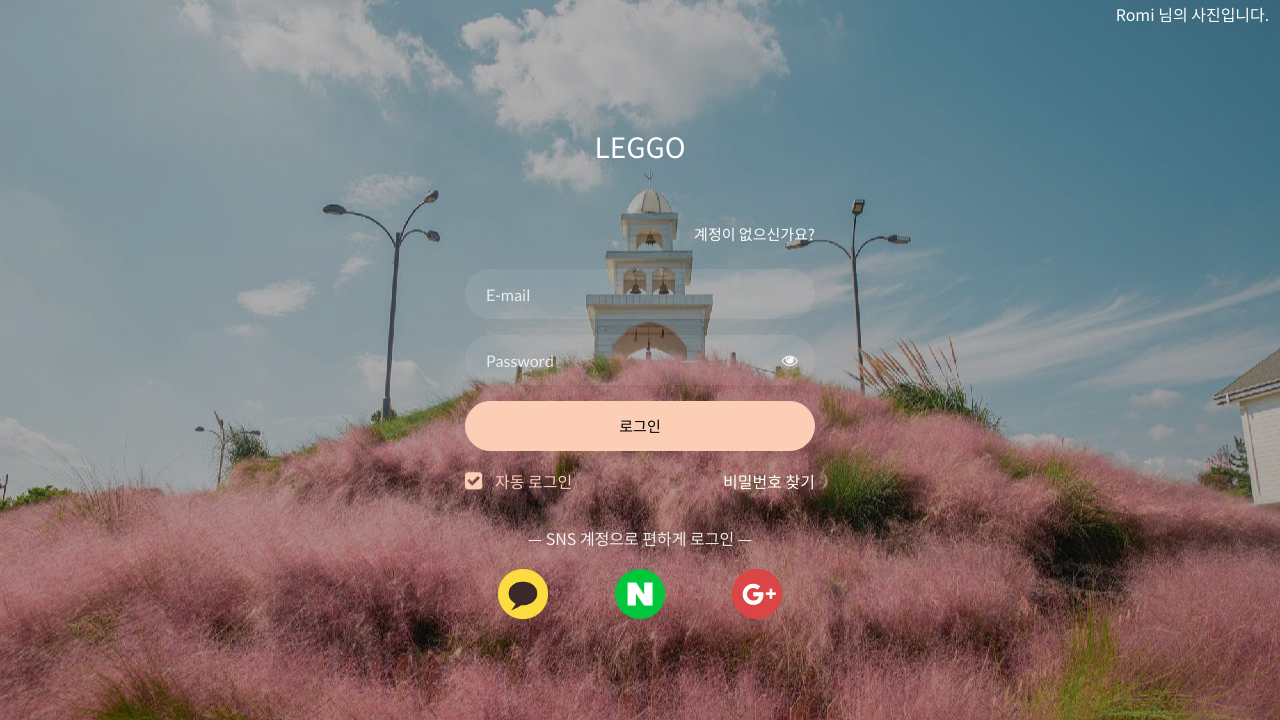
Repository: jangseohyun/LEGGO_2021
Page: http://localhost/PrjApp/Login.jsp
An editor plug-in stored every save of this project. The page is shown before and after the next save, followed by the edit.
The browser window is 1280 px wide. The pictures show the whole page.
The page is served by Tomcat 9. Other server files are loaded and not shown.

Above is the page before, as saved 2021-06-23 11:33:44.

### PrjApp/WebContent/Login.jsp
<%@ page contentType="text/html; charset=UTF-8"%>
<%@ taglib prefix="c" uri="http://java.sun.com/jsp/jstl/core"%>
<%
	request.setCharacterEncoding("UTF-8");
	String cp = request.getContextPath();
%>
<!doctype html>
<html lang="en">
<head>
<title>Login</title>
<meta charset="utf-8">
<meta name="viewport"
	content="width=device-width, initial-scale=1, shrink-to-fit=no">
<link rel="preconnect" href="https://fonts.gstatic.com">
<link rel="preconnect" href="https://fonts.gstatic.com">
<link
	href="https://fonts.googleapis.com/css2?family=Noto+Sans+KR:wght@300;400&display=swap"
	rel="stylesheet">
<link
	href="https://fonts.googleapis.com/css?family=Lato:300,400,700&display=swap"
	rel="stylesheet">

<link rel="stylesheet"
	href="https://stackpath.bootstrapcdn.com/font-awesome/4.7.0/css/font-awesome.min.css">

<link rel="stylesheet" href="css/style.css">
<script src="https://developers.kakao.com/sdk/js/kakao.min.js">
	Kakao.init("a76949096713e82c75fa45bdb32ebb4c");
</script>
</head>
<body class="img js-fullheight" style="background-image: url(images/jeju.png);">
<p class="userimg">Romi 님의 사진입니다.&nbsp;&nbsp;&nbsp;</p>
<section class="ftco-section">
		<div class="container">
			<div class="row justify-content-center">
				<div class="col-md-6 text-center mb-5">
					<h2 class="heading-section" style="font-family: 'Noto Sans KR', sans-serif;">LEGGO</h2>
				</div>
			</div>
			<div class="row justify-content-center">
				<div class="col-md-6 col-lg-4">
					<div class="login-wrap p-0">
						<h3 class="mb-4" style="text-align: right; font-size: 15px; font-family: 'Noto Sans KR', sans-serif;" onclick="location.href='/PrjApp/Signin.jsp';">계정이 없으신가요?</h3>
						<form action="#" class="signin-form">
							<div class="form-group">
								<input type="text" class="form-control" placeholder="E-mail"
									required>
							</div>
							<div class="form-group">
								<input id="password-field" type="password" class="form-control"
									placeholder="Password" required> <span
									toggle="#password-field"
									class="fa fa-fw fa-eye field-icon toggle-password"></span>
							</div>
							<div class="form-group">
								<button type="submit" class="form-control btn btn-primary submit px-3"
								style="font-family: 'Noto Sans KR', sans-serif;">로그인</button>
							</div>
							<div class="form-group d-md-flex">
								<div class="w-50">
									<label class="checkbox-wrap checkbox-primary" style="font-family: 'Noto Sans KR', sans-serif;">자동 로그인<input
										type="checkbox" checked> <span class="checkmark"></span>
									</label>
								</div>
								<div class="w-50 text-md-right">
									<a href="#" style="color: #fff; font-family: 'Noto Sans KR', sans-serif;">비밀번호 찾기</a>
								</div>
							</div>
						</form>
						<p class="w-100 text-center" style="font-family: 'Noto Sans KR', sans-serif;">&mdash; SNS 계정으로 편하게 로그인 &mdash;</p>
						<div class="social d-flex" style="text-align: center;">
							<a><img src="images/kakao_login.png" width="50px"></a>
							<a><img src="images/naver_login.png" width="50px" style="border-radius: 5px;"></a>
							<a><img src="images/google_login.jpg" width="50px" style="border-radius: 5px;"></a>
						</div>
					</div>
				</div>
			</div>
		</div>
	</section>

	<script src="js/jquery.min.js"></script>
	<script src="js/popper.js"></script>
	<script src="js/bootstrap.min.js"></script>
	<script src="js/main.js"></script>

</body>
</html>

Loaded but not shown: PrjApp/WebContent/css/style.css (library); PrjApp/WebContent/js/jquery.min.js (library); PrjApp/WebContent/js/popper.js (library); PrjApp/WebContent/js/bootstrap.min.js (library); PrjApp/WebContent/js/main.js (common file)

After the next save:
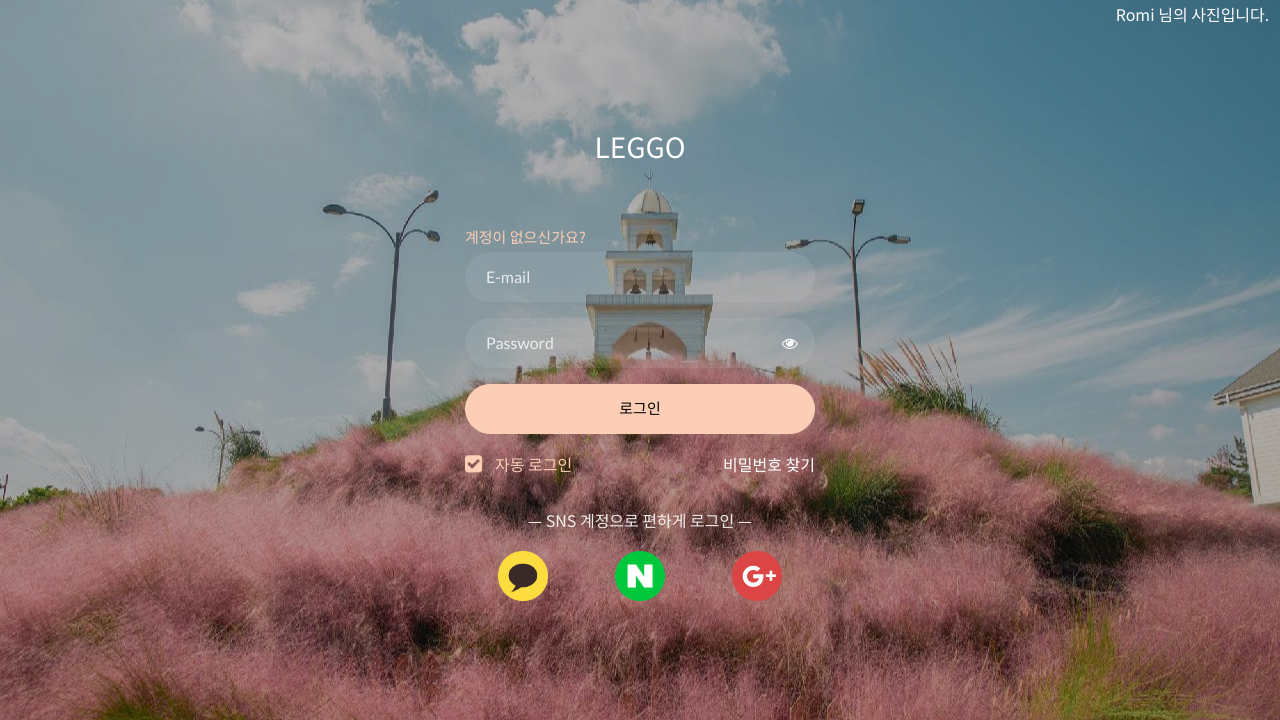
Saved 9 min 15 s later.
--- a/PrjApp/WebContent/Login.jsp
+++ b/PrjApp/WebContent/Login.jsp
@@ -40,7 +40,7 @@
 			<div class="row justify-content-center">
 				<div class="col-md-6 col-lg-4">
 					<div class="login-wrap p-0">
-						<h3 class="mb-4" style="text-align: right; font-size: 15px; font-family: 'Noto Sans KR', sans-serif;" onclick="location.href='/PrjApp/Signin.jsp';">계정이 없으신가요?</h3>
+						<a class="mb-4" style="text-align: right; font-size: 15px; font-family: 'Noto Sans KR', sans-serif;" onclick="location.href='/PrjApp/Signin.jsp';">계정이 없으신가요?</a>
 						<form action="#" class="signin-form">
 							<div class="form-group">
 								<input type="text" class="form-control" placeholder="E-mail"

After the save that followed:
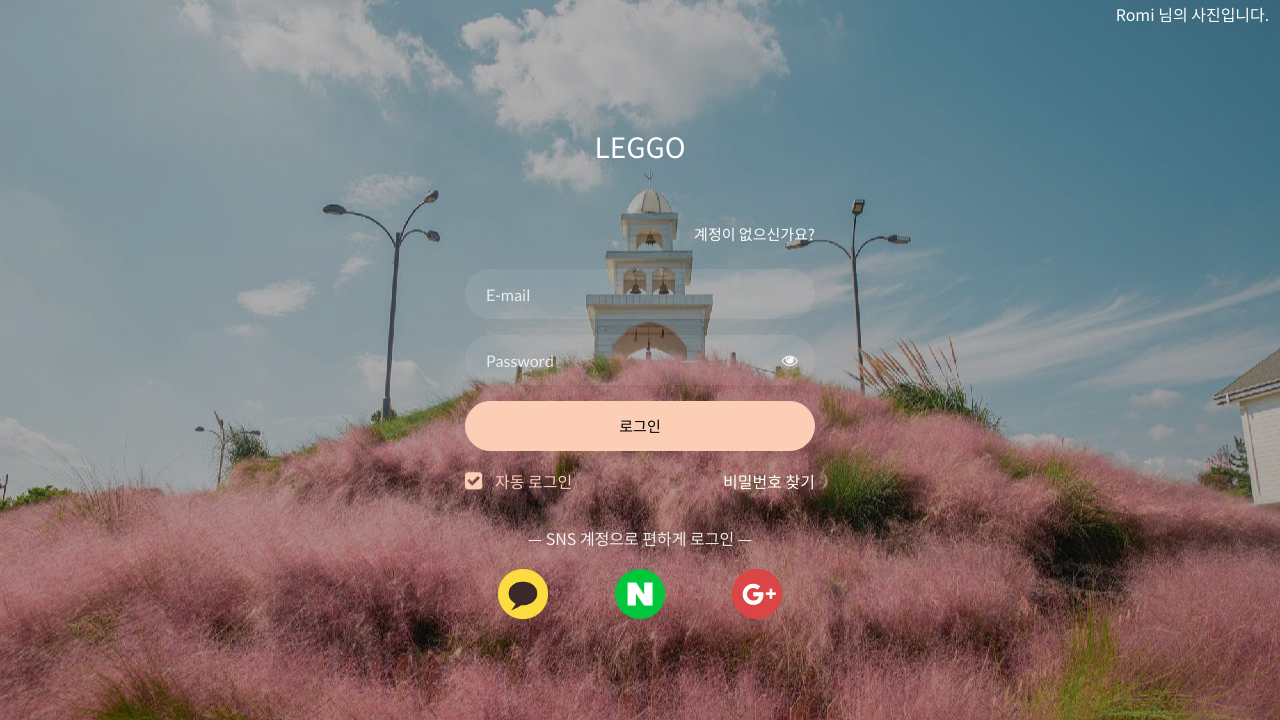
Saved 65 s later.
--- a/PrjApp/WebContent/Login.jsp
+++ b/PrjApp/WebContent/Login.jsp
@@ -40,7 +40,7 @@
 			<div class="row justify-content-center">
 				<div class="col-md-6 col-lg-4">
 					<div class="login-wrap p-0">
-						<a class="mb-4" style="text-align: right; font-size: 15px; font-family: 'Noto Sans KR', sans-serif;" onclick="location.href='/PrjApp/Signin.jsp';">계정이 없으신가요?</a>
+						<h3 class="mb-4" style="text-align: right; font-size: 15px; font-family: 'Noto Sans KR', sans-serif;" onclick="location.href='/PrjApp/Signin.jsp';">계정이 없으신가요?</h3>
 						<form action="#" class="signin-form">
 							<div class="form-group">
 								<input type="text" class="form-control" placeholder="E-mail"
